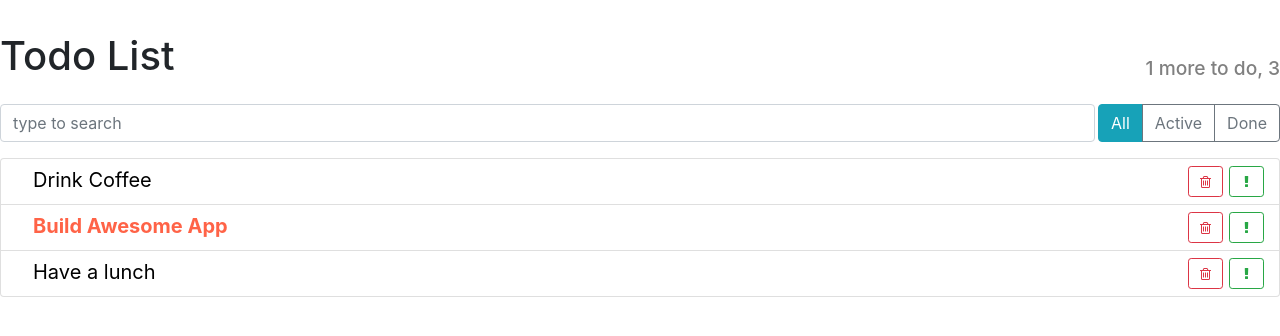
Repository: max535/react-todo-list
Page: /
An editor plug-in stored every save of this project. The page is shown before and after the next save, followed by the edit.
The browser window is 1280 px wide. The pictures show the whole page.
The project was rebuilt for these pictures with package versions that can differ from the ones it lists, and the page was loaded fresh each time.

Above is the page before, as saved 2022-01-16 19:13:38.

After the next save:
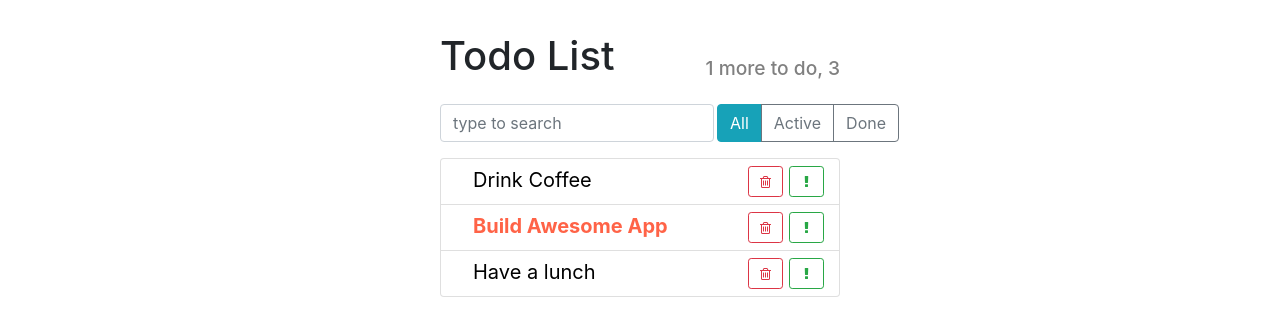
Saved 7 s later.
--- a/src/components/App/App.css
+++ b/src/components/App/App.css
@@ -1,6 +1,6 @@
 .todo-app {
     margin: 2rem auto 0 auto;
-    /* max-width: 400px; */
+    max-width: 400px;
 }
 
 .top-panel {

After the save that followed:
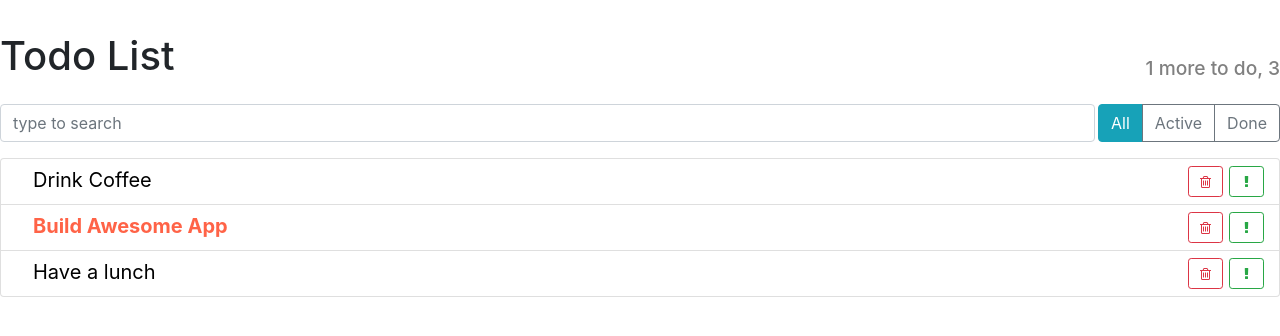
Saved 8 s later.
--- a/src/components/App/App.css
+++ b/src/components/App/App.css
@@ -1,6 +1,6 @@
 .todo-app {
     margin: 2rem auto 0 auto;
-    max-width: 400px;
+    /* max-width: 400px; */
 }
 
 .top-panel {
